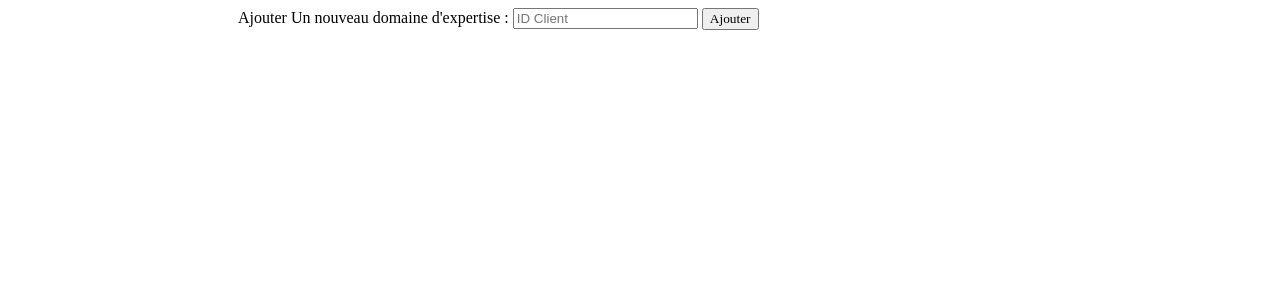
Repository: Bjalel/ConsultingPlatform
Page: adminexpertise.html
An editor plug-in stored every save of this project. The page is shown before and after the next save, followed by the edit.
The browser window is 1280 px wide. The pictures show the whole page.

Above is the page before, as saved 2019-09-22 17:45:31.

### adminexpertise.html
<!DOCTYPE html>
<html lang="en">

<head>

  <meta charset="utf-8">
  <meta name="viewport" content="width=device-width, initial-scale=1, shrink-to-fit=no">
  <meta name="description" content="">
  <meta name="author" content="">


</head>

<body>

    <form >
        <div class="form-row" style="margin-left: 230px" >
          <div class="form-group col-md-6">
            <label for="inputEmail4"> Ajouter Un nouveau domaine d'expertise : </label>


            <input type="text" class="form-control"  placeholder="ID Client" >
            <button type="submit" class="btn btn-dark" style="font-family: 'Agency FB Bold' " >Ajouter </button>
             </div>

         </div>



    </form>


</body>
</html>

After the next save:
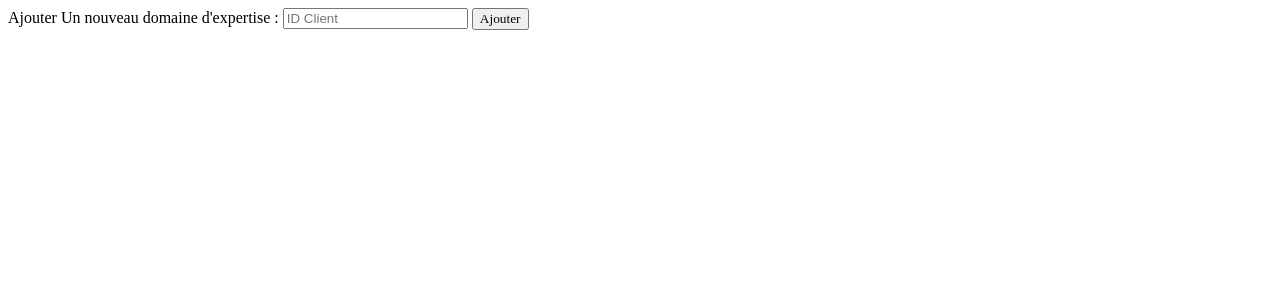
Saved 83 s later.
--- a/adminexpertise.html
+++ b/adminexpertise.html
@@ -14,9 +14,9 @@
 <body>
 
     <form >
-        <div class="form-row" style="margin-left: 230px" >
+        <div class="form-row"  >
           <div class="form-group col-md-6">
-            <label for="inputEmail4"> Ajouter Un nouveau domaine d'expertise : </label>
+            <label > Ajouter Un nouveau domaine d'expertise : </label>
 
 
             <input type="text" class="form-control"  placeholder="ID Client" >
